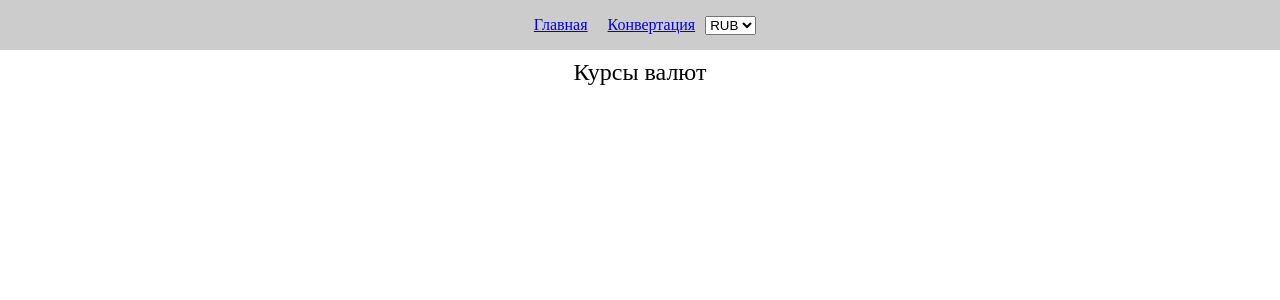
Repository: Friend689/vite-vue-currency-conversion
Page: /
An editor plug-in stored every save of this project. The page is shown before and after the next save, followed by the edit.
The browser window is 1280 px wide. The pictures show the whole page.
The page's requests for data from a server got no answer. The project was rebuilt for these pictures with package versions that can differ from the ones it lists, and the page was loaded fresh each time. No one was signed in, and anything a server would have sent is missing. Also part of the build but not shown: vite.config.js, src/views/Convert.vue.

Above is the page before, as saved 2024-09-03 20:31:14.

### src/main.js
import { createApp } from 'vue'
import './style.css'
import App from './App.vue';
import router from './router';

createApp(App).use(router).mount('#app')

### src/style.css
* {
	box-sizing: border-box;
}

html, body, div, span, applet, object, iframe,
h1, h2, h3, h4, h5, h6, p, blockquote, pre,
a, abbr, acronym, address, big, cite, code,
del, dfn, em, img, ins, kbd, q, s, samp,
small, strike, strong, sub, sup, tt, var,
b, u, i, center,
dl, dt, dd, ol, ul, li,
fieldset, form, label, legend,
table, caption, tbody, tfoot, thead, tr, th, td,
article, aside, canvas, details, embed,
figure, figcaption, footer, header, hgroup,
menu, nav, output, ruby, section, summary,
time, mark, audio, video {
	margin: 0;
	padding: 0;
	border: 0;
	font-size: 100%;
	font: inherit;
	vertical-align: baseline;
}

html, body, #app {
	height: 100vh;
	width: 100vw;
}
/* HTML5 display-role reset for older browsers */
article, aside, details, figcaption, figure,
footer, header, hgroup, menu, nav, section {
	display: block;
}
body {
	line-height: 1;
}
ol, ul {
	list-style: none;
}
blockquote, q {
	quotes: none;
}
blockquote:before, blockquote:after,
q:before, q:after {
	content: '';
	content: none;
}
table {
	border-collapse: collapse;
	border-spacing: 0;
}

main {
	width: 100%;
  height: 100%;
}

.h-100 {
	height: 100%;
}

### src/App.vue
<script setup>
import { ref, onMounted } from "vue";
import Header from "@/components/ui/Header.vue";

const rates = ref({});
const currencies = ref(['usd', 'eur', 'rub']);
const selectedCurrency = ref('rub');

const changeCurrency = (currency) => {
  selectedCurrency.value = currency;
  getCurrencies();
};

const getCurrencies = () => {
  fetch("https://status.neuralgeneration.com/api/currency")
    .then(response => response.json())
    .then(data => rates.value = data);
}

onMounted(() => {
  getCurrencies();
})
</script>

<template>
  <div class="main-wrap">
    <Header @change-currency="changeCurrency" />
    <main>
      <router-view :rates="rates" :currencies="currencies" :selected="selectedCurrency" />
    </main>
  </div>
</template>

<style scoped>
.main-wrap {
  /* height: 100%; */
  display: flex;
  flex-direction: column;
}

main {
  flex-grow: 1;
}
</style>

### src/router/index.js
import { createRouter, createWebHistory } from 'vue-router'

import Main from '@/views/Main.vue';
import Convert from '@/views/Convert.vue';


const routes = [
  { path: '/', component: Main },
  { path: '/convert', component: Convert },
]

export default createRouter({
  history: createWebHistory(),
  routes,
})

### src/components/ui/Header.vue
<script setup>
import { ref } from "vue";

const currencies = ref(["usd", "eur", "rub"]);
const selectedCurrency = ref("rub");

const emit = defineEmits(["change-currency"])

const changeCurrency = () => {
  emit("change-currency", selectedCurrency.value)
}

</script>

<template>
  <header>
    <router-link to="/">Главная</router-link>
    <router-link to="/convert">Конвертация</router-link>
    <select v-model="selectedCurrency" @change="changeCurrency">
      <option v-for="currency in currencies" :key="currency" :value="currency">{{ currency.toUpperCase() }}</option>
    </select>
  </header>
</template>

<style scoped>
header {
  height: 50px;
  background-color: #ccc;
  display: flex;
  align-items: center;
  justify-content: center;
  padding: 0 10px;
}
header a {
  margin: 0 10px;
}
</style>

### src/views/Main.vue
<script setup>
import { ref, onMounted } from "vue";

const props = defineProps([
  "rates"
]);

const arrRates = ref({});

const collectRates = () => {
  arrRates.value = {};
  for (const pair in props.rates) {
        const [from, to] = pair.split('-');
        if (from === selectedCurrency.value) {
          arrRates.value[to] = props.rates[pair].toFixed(2);
        } else if (to === selectedCurrency.value) {
          arrRates.value[from] = (1 / props.rates[pair]).toFixed(2);
        }
      }
      // Добавляем RUB в список валют
      if (!arrRates.value['rub']) {
        arrRates.value['rub'] = 1
      }

}

</script>

<template>
  <div class="page-main">
    <h1>Курсы валют</h1>
    <ul>
      <li v-for="(rate, currency) in arrRates" :key="currency">{{ currency }}: {{ rate }}</li>
    </ul>
  </div>
</template>

<style scoped>
.page-main {
  display: flex;
  flex-direction: column;
  justify-content: center;
  align-items: center;
  padding: 10px;
  width: 100%;
  height: 100%;
  align-content: center;
}

h1 {
  font-size: 1.5em;
}
ul {
  font-size: 1.3em;
}
ul li {
  margin: 5px;
}
</style>

Loaded but not shown: index.html (common file)

After the next save:
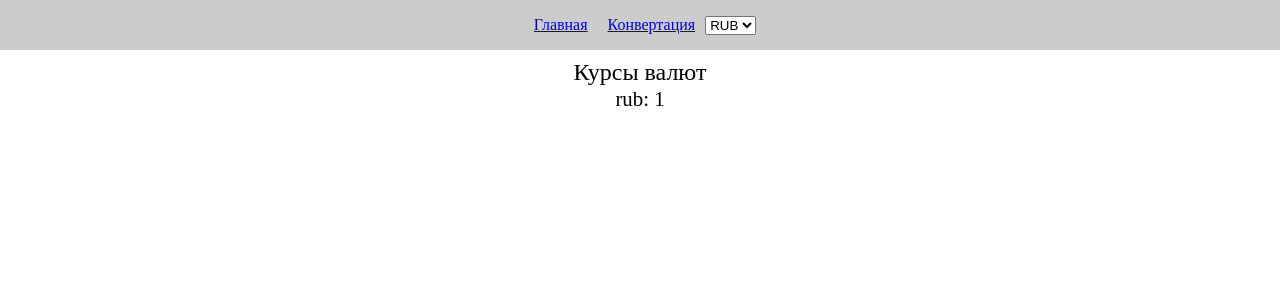
Saved 18 s later.
--- a/src/views/Main.vue
+++ b/src/views/Main.vue
@@ -10,19 +10,20 @@ const arrRates = ref({});
 const collectRates = () => {
   arrRates.value = {};
   for (const pair in props.rates) {
-        const [from, to] = pair.split('-');
-        if (from === selectedCurrency.value) {
-          arrRates.value[to] = props.rates[pair].toFixed(2);
-        } else if (to === selectedCurrency.value) {
-          arrRates.value[from] = (1 / props.rates[pair]).toFixed(2);
-        }
-      }
-      // Добавляем RUB в список валют
-      if (!arrRates.value['rub']) {
-        arrRates.value['rub'] = 1
-      }
+    const [from, to] = pair.split('-');
+    if (from === selectedCurrency.value) {
+      arrRates.value[to] = props.rates[pair].toFixed(2);
+    } else if (to === selectedCurrency.value) {
+      arrRates.value[from] = (1 / props.rates[pair]).toFixed(2);
+    }
+  }
+  // Добавляем RUB в список валют
+  if (!arrRates.value['rub']) {
+    arrRates.value['rub'] = 1
+  }
+}
 
-}
+collectRates();
 
 </script>
 
